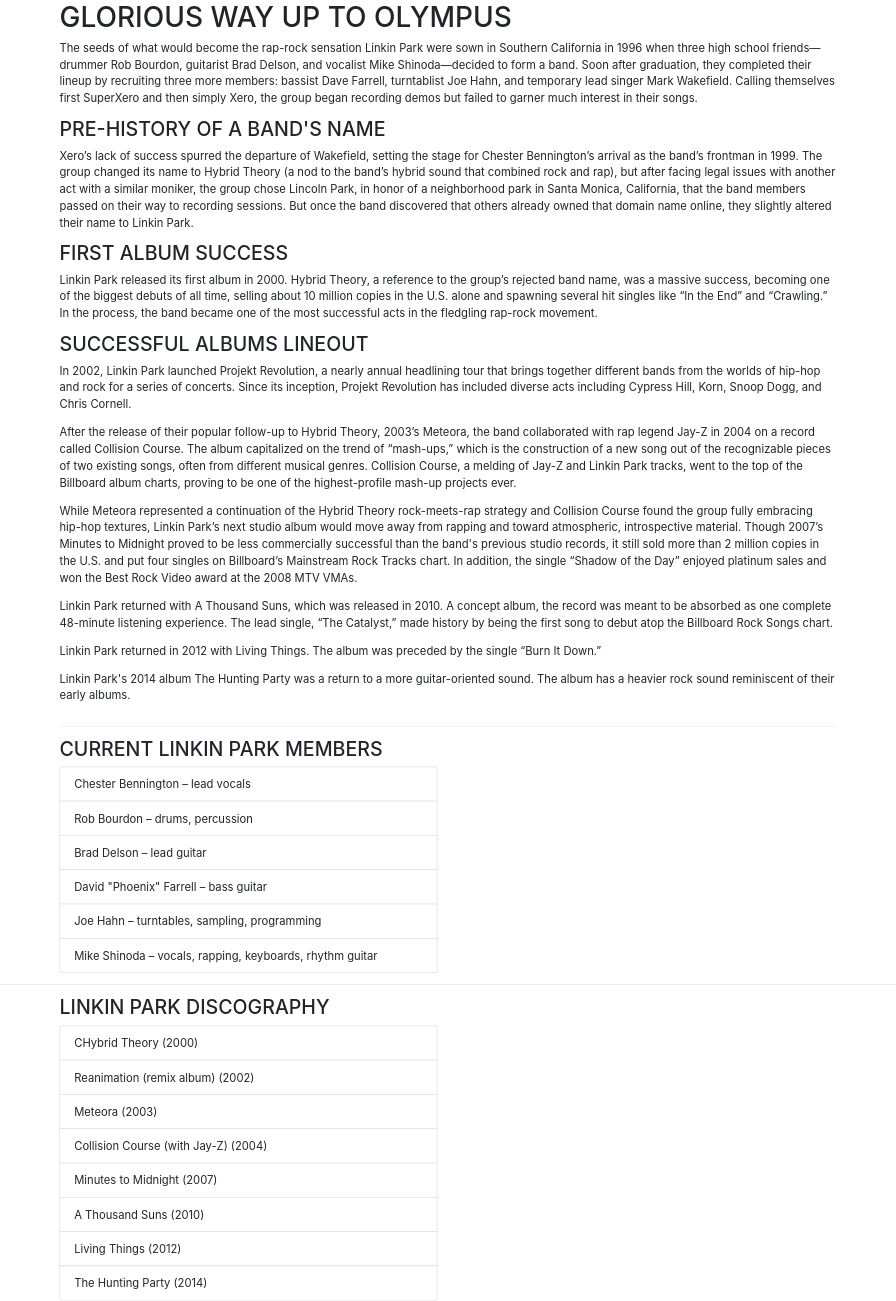
Repository: vaida898/website
Page: index.html
The author's editor kept a record of every edit. The page is drawn from the files as they stood at one moment, then again after the next edit.
The browser window is 1280 px wide. The pictures show the whole page, at 70% of full size.

Above is the page before.
Console error: TypeError: Cannot read properties of undefined (reading 'fn')

### index.html
<!DOCTYPE html>
<html lang="en">

<head>
    <meta charset="UTF-8">
    <meta name="viewport" content="width=device-width, initial-scale=1.0">
    <meta http-equiv="X-UA-Compatible" content="ie=edge">
    <title>LinkinPark website</title>
</head>
<link rel="stylesheet" href="https://stackpath.bootstrapcdn.com/bootstrap/4.3.1/css/bootstrap.min.css" integrity="sha384-ggOyR0iXCbMQv3Xipma34MD+dH/1fQ784/j6cY/iJTQUOhcWr7x9JvoRxT2MZw1T" crossorigin="anonymous">
<script src="https://stackpath.bootstrapcdn.com/bootstrap/4.3.1/js/bootstrap.min.js" integrity="sha384-JjSmVgyd0p3pXB1rRibZUAYoIIy6OrQ6VrjIEaFf/nJGzIxFDsf4x0xIM+B07jRM" crossorigin="anonymous"></script>

<body>
    <article class="container">
        <div class="row">
            <div class="col-12">
                <section class="About Us">
                    <h1 class="text-uppercase">Glorious way up to olympus</h1>
                    <p>The seeds of what would become the rap-rock sensation Linkin Park were sown in Southern California in 1996 when three high school friends—drummer Rob Bourdon, guitarist Brad Delson, and vocalist Mike Shinoda—decided to form a band.
                        Soon after graduation, they completed their lineup by recruiting three more members: bassist Dave Farrell, turntablist Joe Hahn, and temporary lead singer Mark Wakefield. Calling themselves first SuperXero and then simply Xero,
                        the group began recording demos but failed to garner much interest in their songs.</p>

                    <h3 class="text-uppercase">Pre-history of a band's name</h3>
                    <p>Xero’s lack of success spurred the departure of Wakefield, setting the stage for Chester Bennington’s arrival as the band’s frontman in 1999. The group changed its name to Hybrid Theory (a nod to the band’s hybrid sound that combined
                        rock and rap), but after facing legal issues with another act with a similar moniker, the group chose Lincoln Park, in honor of a neighborhood park in Santa Monica, California, that the band members passed on their way to recording
                        sessions. But once the band discovered that others already owned that domain name online, they slightly altered their name to Linkin Park.</p>

                    <h3 class="text-uppercase">First Album success</h3>
                    <p>Linkin Park released its first album in 2000. Hybrid Theory, a reference to the group’s rejected band name, was a massive success, becoming one of the biggest debuts of all time, selling about 10 million copies in the U.S. alone and
                        spawning several hit singles like “In the End” and “Crawling.” In the process, the band became one of the most successful acts in the fledgling rap-rock movement.</p>

                    <h3 class="text-uppercase">Successful albums lineout</h3>
                    <p>In 2002, Linkin Park launched Projekt Revolution, a nearly annual headlining tour that brings together different bands from the worlds of hip-hop and rock for a series of concerts. Since its inception, Projekt Revolution has included
                        diverse acts including Cypress Hill, Korn, Snoop Dogg, and Chris Cornell.</p>

                    <p>After the release of their popular follow-up to Hybrid Theory, 2003’s Meteora, the band collaborated with rap legend Jay-Z in 2004 on a record called Collision Course. The album capitalized on the trend of “mash-ups,” which is the
                        construction of a new song out of the recognizable pieces of two existing songs, often from different musical genres. Collision Course, a melding of Jay-Z and Linkin Park tracks, went to the top of the Billboard album charts, proving
                        to be one of the highest-profile mash-up projects ever.</p>

                    <p>While Meteora represented a continuation of the Hybrid Theory rock-meets-rap strategy and Collision Course found the group fully embracing hip-hop textures, Linkin Park’s next studio album would move away from rapping and toward atmospheric,
                        introspective material. Though 2007’s Minutes to Midnight proved to be less commercially successful than the band's previous studio records, it still sold more than 2 million copies in the U.S. and put four singles on Billboard’s
                        Mainstream Rock Tracks chart. In addition, the single “Shadow of the Day” enjoyed platinum sales and won the Best Rock Video award at the 2008 MTV VMAs.</p>

                    <p>Linkin Park returned with A Thousand Suns, which was released in 2010. A concept album, the record was meant to be absorbed as one complete 48-minute listening experience. The lead single, “The Catalyst,” made history by being the
                        first song to debut atop the Billboard Rock Songs chart.</p>

                    <p>Linkin Park returned in 2012 with Living Things. The album was preceded by the single “Burn It Down.”</p>

                    <p>Linkin Park's 2014 album The Hunting Party was a return to a more guitar-oriented sound. The album has a heavier rock sound reminiscent of their early albums.</p>
                </section>
            </div>
        </div>

        <hr>


            <section class="Band members">
                <div class="row">
                    <div class="col-12 col-md-12 col-lg-6">
                        <h3 class="text-uppercase">Current Linkin Park members</h3>
                    </div>
                </div>
                <div class="row">
                    <div class="col-12 col-md-12 col-lg-6">
                        <ul class="list-group">
                            <li class="list-group-item">Chester Bennington – lead vocals</li>
                            <li class="list-group-item">Rob Bourdon – drums, percussion</li>
                            <li class="list-group-item">Brad Delson – lead guitar</li>
                            <li class="list-group-item">David "Phoenix" Farrell – bass guitar</li>
                            <li class="list-group-item">Joe Hahn – turntables, sampling, programming</li>
                            <li class="list-group-item">Mike Shinoda – vocals, rapping, keyboards, rhythm guitar</li>
                        </ul>
                    </div>
                </div>
            </section>
        </article>

        <hr>

        <article class="container">
            <section class="Discography">
                <div class="row">
                    <div class="col-12 col-md-12 col-lg-6">
                        <h3 class="text-uppercase">Linkin Park discography</h3>
                    </div>
                </div>
                <div class="row">
                    <div class="col-12 col-md-12 col-lg-6">
                        <ul class="list-group">
                            <li class="list-group-item">CHybrid Theory (2000)</li>
                            <li class="list-group-item">Reanimation (remix album) (2002)</li>
                            <li class="list-group-item">Meteora (2003)</li>
                            <li class="list-group-item">Collision Course (with Jay-Z) (2004)</li>
                            <li class="list-group-item">Minutes to Midnight (2007)</li>
                            <li class="list-group-item">A Thousand Suns (2010)</li>
                            <li class="list-group-item">Living Things (2012)</li>
                            <li class="list-group-item">The Hunting Party (2014)</li>
                        </ul>
                    </div>
                </div>
            </section>
        </article>
    </article>

</body>

</html>

After the next edit:
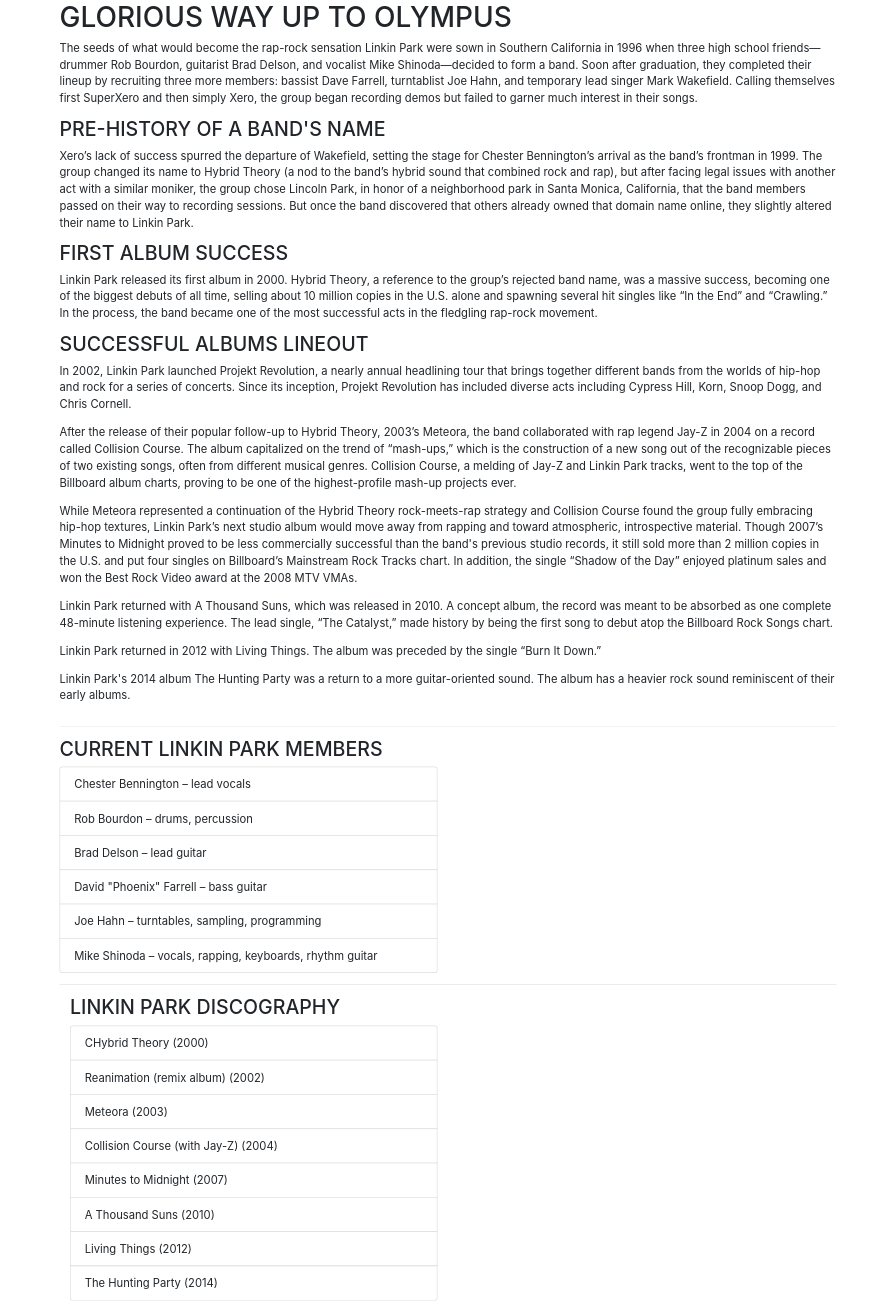
The edit:
--- a/index.html
+++ b/index.html
@@ -73,7 +73,7 @@
                     </div>
                 </div>
             </section>
-        </article>
+
 
         <hr>
 

After the edit that followed:
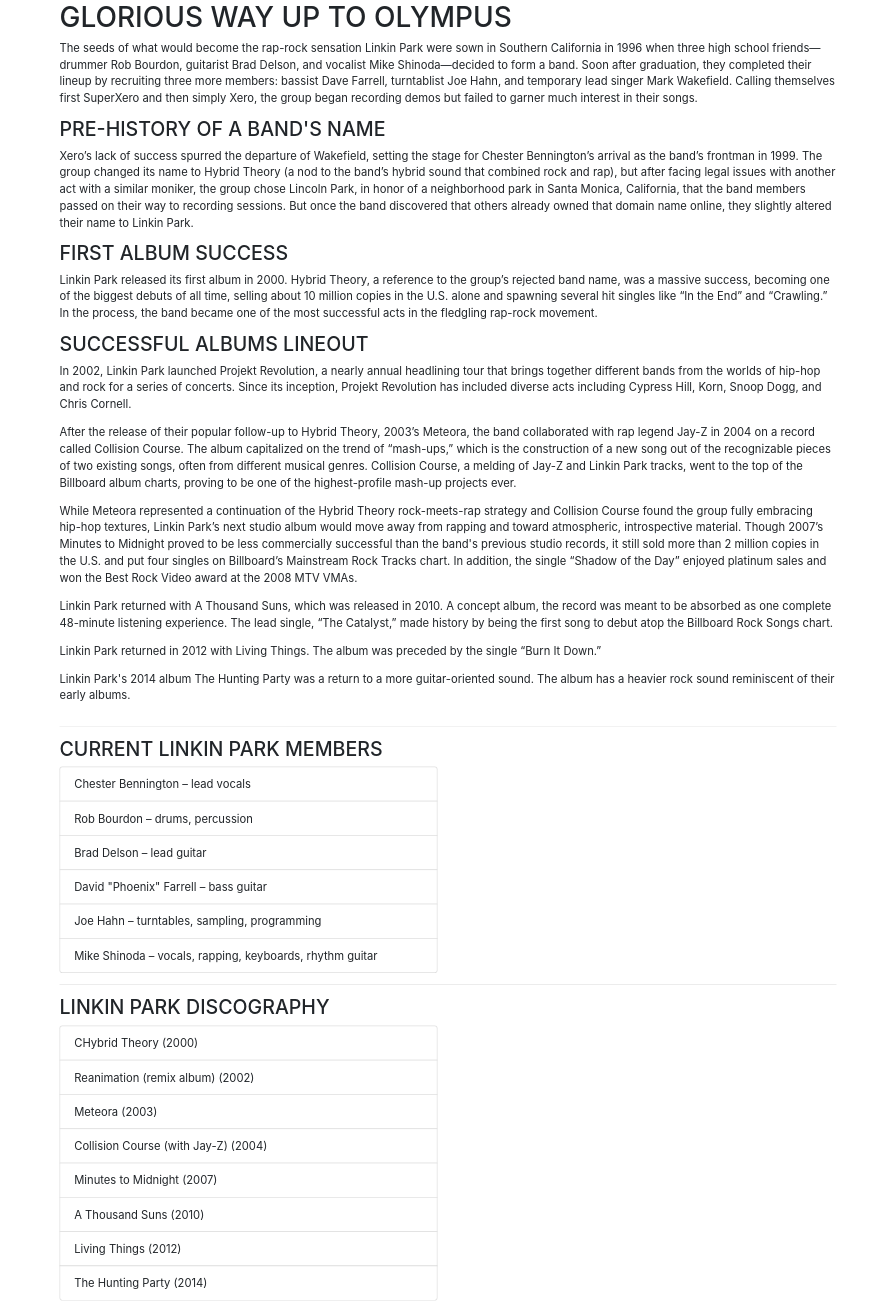
The edit:
--- a/index.html
+++ b/index.html
@@ -77,7 +77,7 @@
 
         <hr>
 
-        <article class="container">
+
             <section class="Discography">
                 <div class="row">
                     <div class="col-12 col-md-12 col-lg-6">
